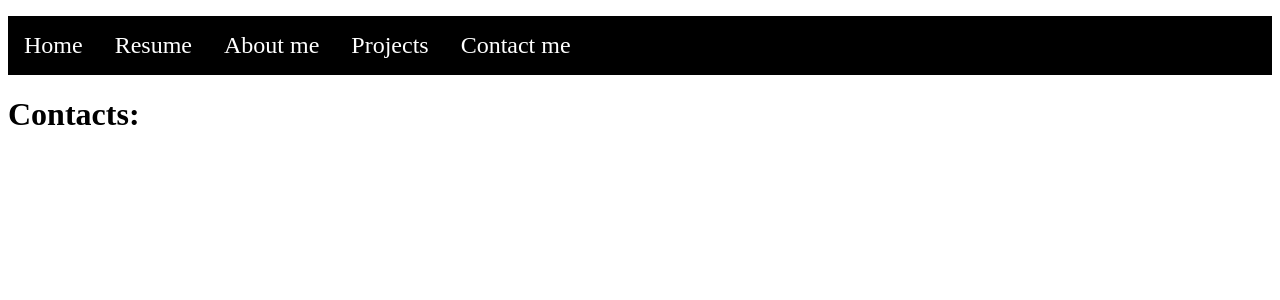
Repository: Dankusmemius/Dankusmemius.github.io
Page: contactme.html
The author's editor kept a record of every edit. The page is drawn from the files as they stood at one moment, then again after the next edit.
The browser window is 1280 px wide. The pictures show the whole page.

Above is the page before.

### contactme.html
<!DOCTYPE html>
<html>
  <head>
  <title>Home</title>
  <link rel="stylesheet" type="text/css" href="style.css">

  </head>
  <body>
    <ul class="navbar">
      <li><a href="/index.html">Home</a></li>
      <li><a href="resume.html">Resume</a></li>
      <li><a href="aboutme.html">About me</a></li>
      <li class = "dropdown">
        <div>Projects</div>
        <ul class="dropdown-content">
         <li><a href="project1.html">Project 1</a></li>
         <li><a href="project2.html">Project 2</a></li>
         <li><a href="project3.html">Project 3</a></li>
        </ul>
      </li>
      <li><a href="contactme.html">Contact me</a></li>
    </ul>
    <h1>Contacts:</h1>


  </body>
</html>

### style.css
.navbar{
      list-style: none;
      background-color: black;
      overflow: hidden;
      padding: 0;
    }

    .navbar a, .dropdown div{
      text-decoration: none;
      color: white;
      font-size: 24px;
      padding: 16px;
      display: inline-block;
    }
    .navbar li{
      float: left;
    }

    .navbar li:hover{
      background-color: brown;
    }

    .dropdown-content{
      list-style: none;
      padding: 0;
      display: none;
      position: absolute;
      z-index: 1;
      background-color: black;
    }

    .dropdown-content li{
      float:none;
    }

    .dropdown:hover .dropdown-content{
      display: block;
    }
    .active{
        background-color:blue;
    }

     .p{
       font-size: 30px;
     }

After the next edit:
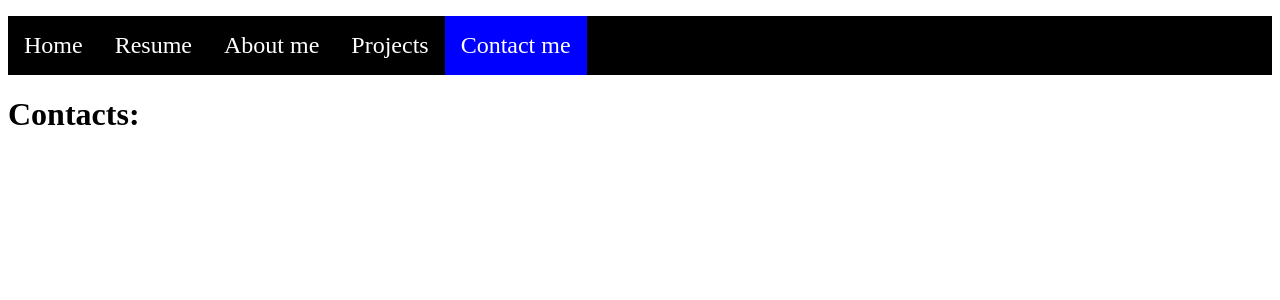
The edit:
--- a/contactme.html
+++ b/contactme.html
@@ -18,7 +18,7 @@
          <li><a href="project3.html">Project 3</a></li>
         </ul>
       </li>
-      <li><a href="contactme.html">Contact me</a></li>
+      <li class="active"><a href="contactme.html">Contact me</a></li>
     </ul>
     <h1>Contacts:</h1>
 
